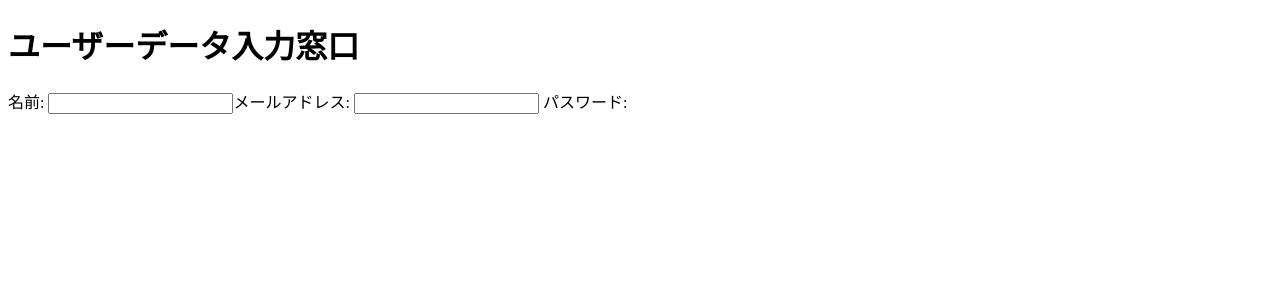
Repository: isopets/next-market
Page: form2.html
The author's editor kept a copy of each file at every save. The page is drawn from the files as they stood at one save, then again after a run of saves.
The browser window is 1280 px wide. The pictures show the whole page.

Above is the page before, as saved 2022-06-08 00:51:15.

### form2.html
<!DOCTYPE html>
<html lang="en">

<head>
    <meta charset="UTF-8">
    <meta http-equiv="X-UA-Compatible" content="IE=edge">
    <meta name="viewport" content="width=device-width, initial-scale=1.0">
    <title>Document</title>
</head>

<body>
    <h1>ユーザーデータ入力窓口</h1>
    <form action="http://localhost:3000/api/user/register" method="POST">
        名前: <input type="text" name="name">メールアドレス: <input type="text" name="email"> パスワード:
    </form>
</body>

</html>

After the next 2 saves:
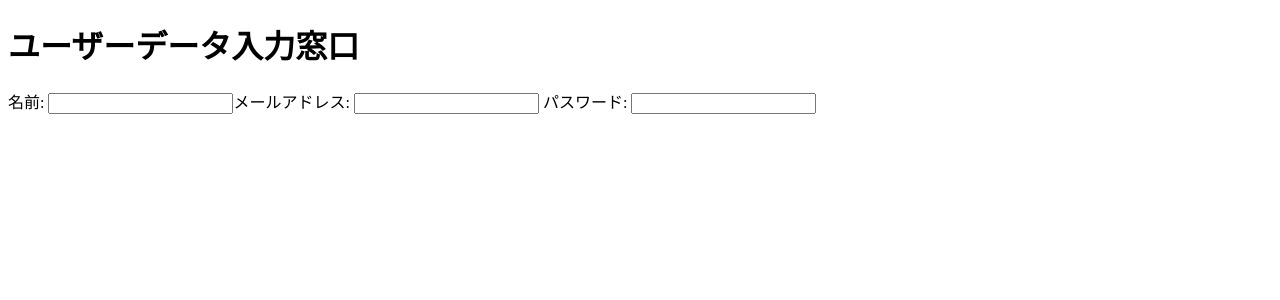
The 2 saves are shown as one change because they came seconds apart.
The last was saved 10 s later.
--- a/form2.html
+++ b/form2.html
@@ -11,7 +11,7 @@
 <body>
     <h1>ユーザーデータ入力窓口</h1>
     <form action="http://localhost:3000/api/user/register" method="POST">
-        名前: <input type="text" name="name">メールアドレス: <input type="text" name="email"> パスワード:
+        名前: <input type="text" name="name">メールアドレス: <input type="text" name="email"> パスワード: <input type="text" name="" id="">
     </form>
 </body>
 
